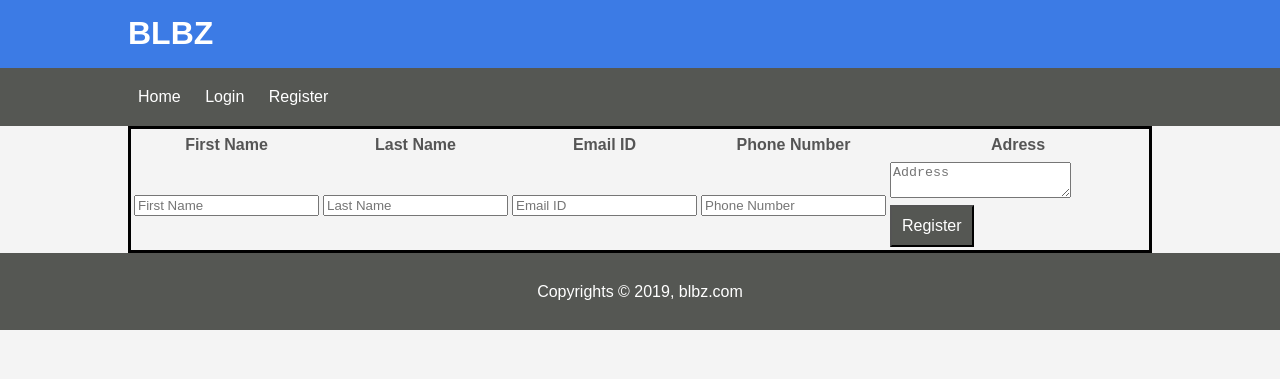
Repository: Kutty39/WebApps
Page: http://localhost/WebPageApp1/editpage.jsp
These files come from the project's save history. The page is drawn as it stood at one moment and after the next save; the edit follows.
The browser window is 1280 px wide. The pictures show the whole page.
The page is served by Tomcat 9.

Above is the page before, as saved 2019-12-09 13:14:21.

After the next save:
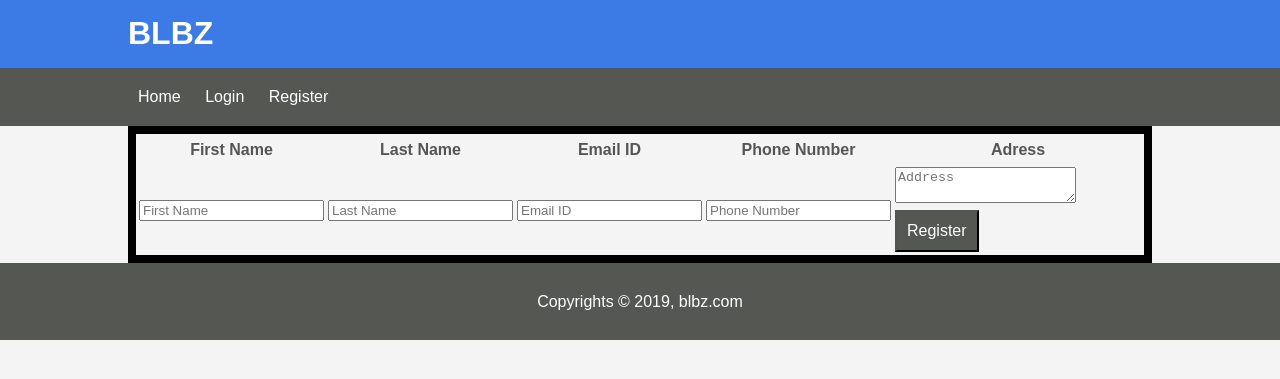
Saved 48 s later.
--- a/LoginRegistrationPage/WebPageApp1/src/main/webapp/editpage.jsp
+++ b/LoginRegistrationPage/WebPageApp1/src/main/webapp/editpage.jsp
@@ -29,7 +29,7 @@
 	</nav>
 	<section class="main">
 		<div id="ajx" class="container">
-			<table style="border-style:solid;border-color: black;">
+			<table style="border-style:solid;border-color: black;border-width: .5rem;">
 				<tr>
 					<th>First Name</th>
 					<th>Last Name</th>
